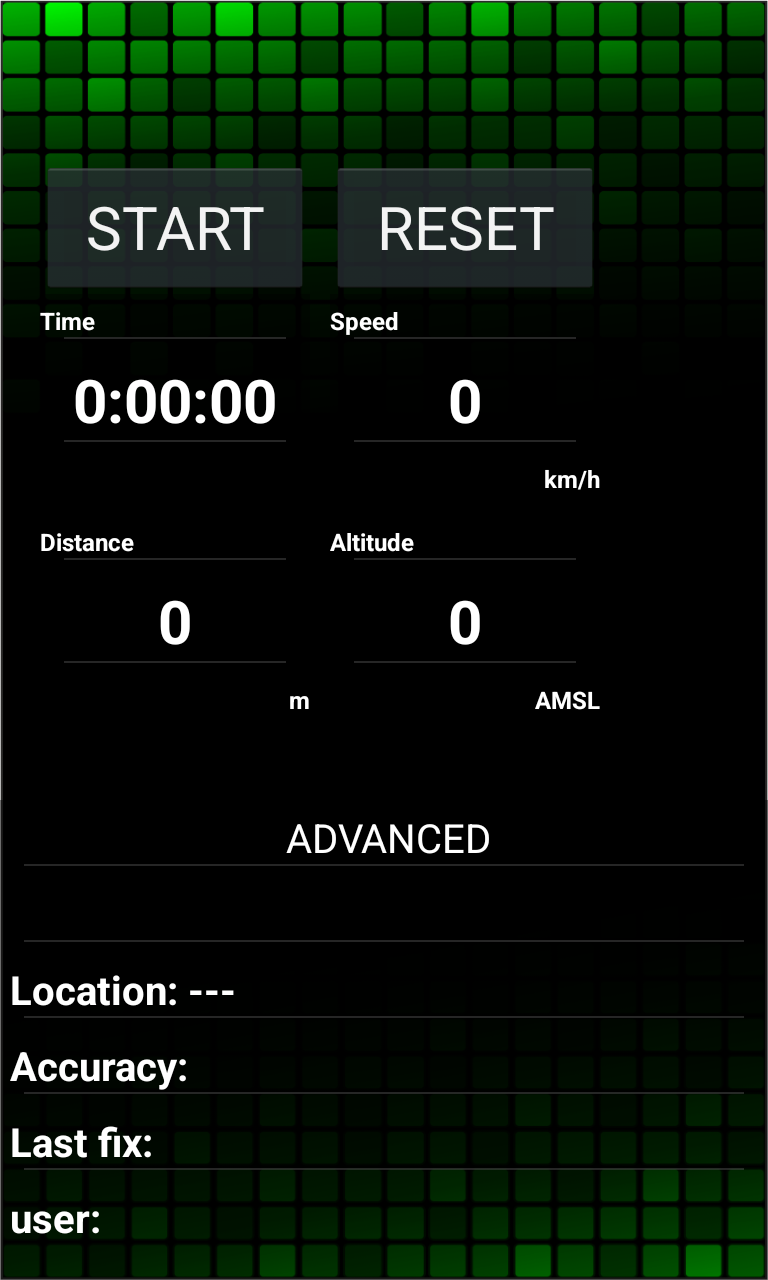
Repository: sebastianR1001/GeoApplication
Layout: GeoApplication/res/layout/activity_fullscreen.xml
An editor plug-in stored every save of this project. The layout is shown before and after the next save, followed by the edit.
It is drawn on a 768 x 1280 px phone screen (xhdpi) without system bars, with theme FullscreenTheme; the app's code is not run.

Above is the layout before, as saved 2014-11-05 08:02:03.

After the next save:
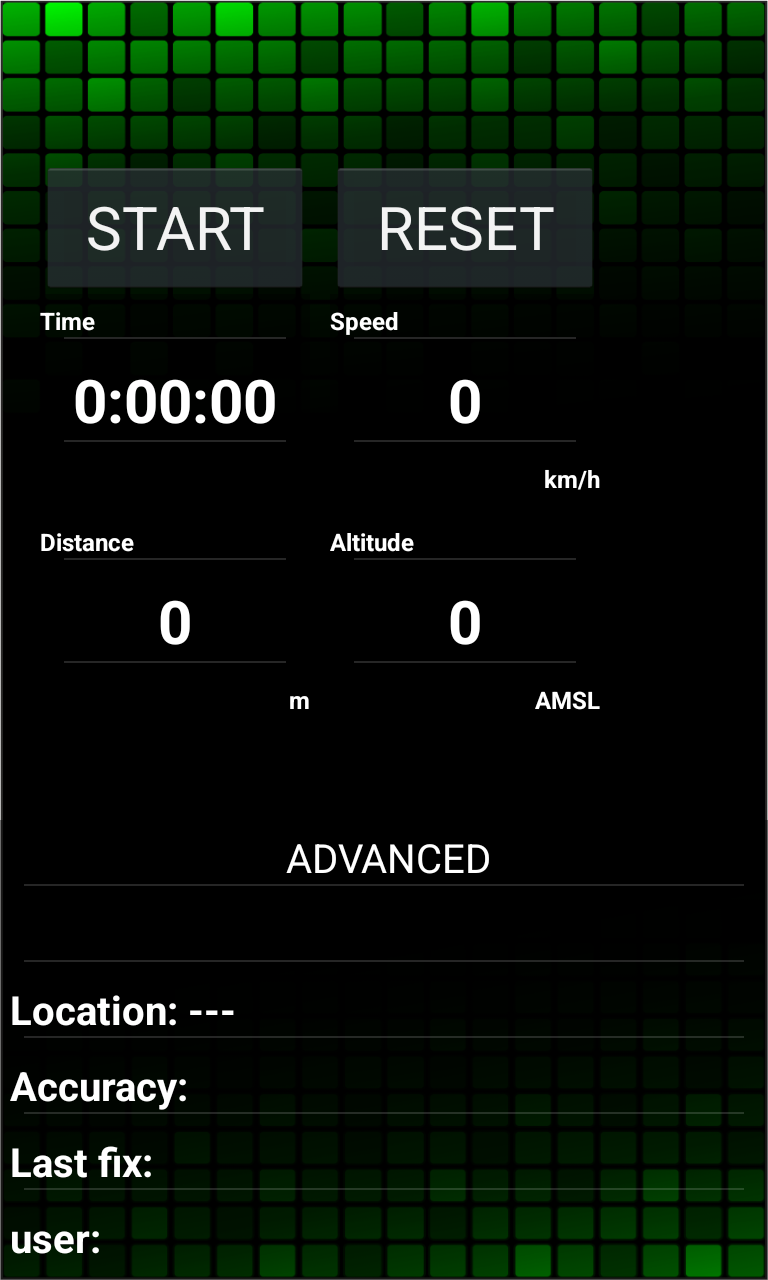
Saved 7 s later.
--- a/GeoApplication/res/layout/activity_fullscreen.xml
+++ b/GeoApplication/res/layout/activity_fullscreen.xml
@@ -255,7 +255,7 @@
 	        style="?metaButtonBarStyle"
 	        android:layout_width="match_parent"
 
-	        android:layout_height="240dp"
+	        android:layout_height="230dp"
 	        android:layout_gravity="bottom|center_horizontal"
 	        android:background="@color/black_overlay"
 	        android:orientation="vertical"
